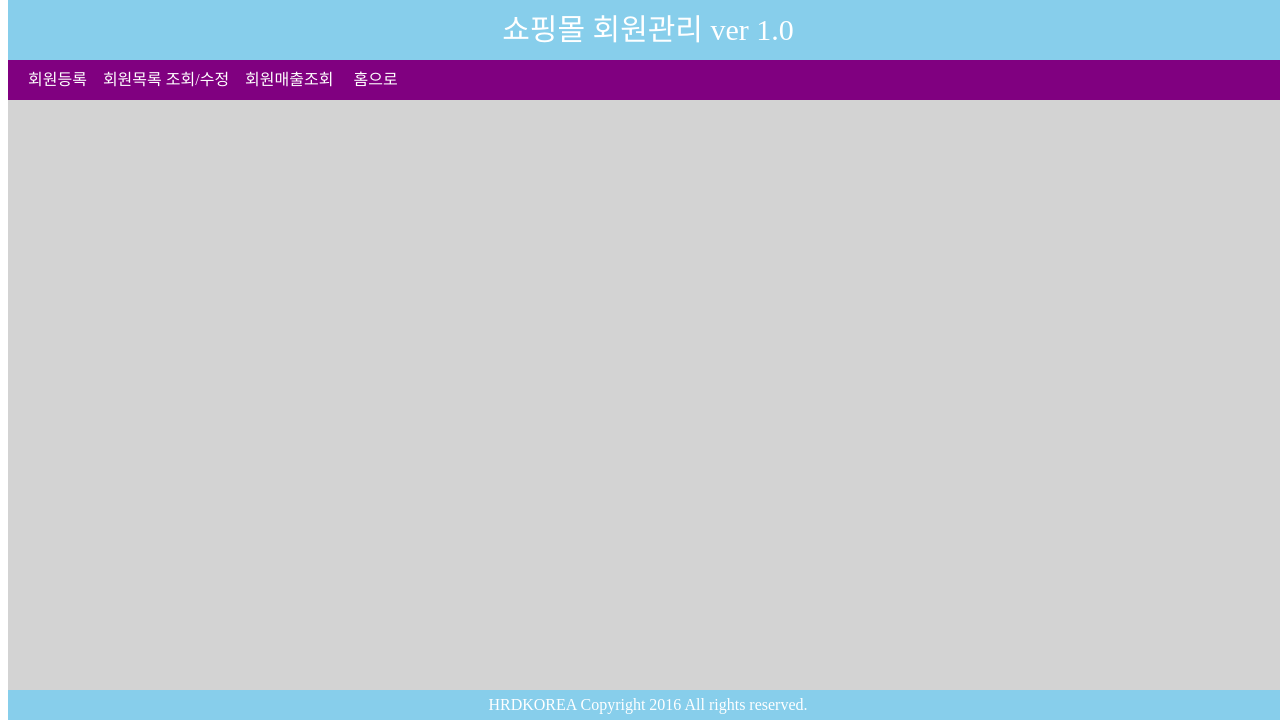
Repository: haileylee94/mini-project
Page: http://localhost/hrd/modify.jsp
The author's editor kept a copy of each file at every save. The page is drawn from the files as they stood at one save, then again after the next save.
The browser window is 1280 px wide. The pictures show the whole page.
The page is served by Tomcat 9. Other server files are loaded and not shown.

Above is the page before, as saved 2022-11-18 08:51:55.

### hrd/WebContent/modify.jsp
<%@ page language="java" contentType="text/html; charset=UTF-8"
    pageEncoding="UTF-8"%>
<!DOCTYPE html>
<html>
<head>
<meta charset="UTF-8">
<title>modify</title>
</head>
<body>
<jsp:include page="header.jsp"/>

<section style="position: fixed; background-color: lightgray; width: 100%; height: 100%; top: 100px">

</section>
<jsp:include page="footer.jsp"/>
</body>
</html>

### hrd/WebContent/header.jsp
<%@ page language="java" contentType="text/html; charset=UTF-8"
    pageEncoding="UTF-8"%>
<!DOCTYPE html>
<html>
<head>
<meta charset="UTF-8">
<title>header</title>
<style type="text/css">
	*{
		text-decoration: none;
	}

	header{
		position:fixed;
		top:0px;
		width:100%;
		height: 60px;
		background-color: skyblue;
		color: white;
		text-align: center;
		line-height: 60px;
		font-size: 30px;
	}
	nav{
		position: fixed;
		top: 60px;
		width: 100%;
		height: 40px;
		background-color: purple;
		line-height: 40px;
		padding-left: 20px;
		color: #fff;
	}

	a{
		color: #fff;
	}
</style>
</head>
<body>

	<header>
		쇼핑몰 회원관리 ver 1.0
	</header>

	<nav>
		<a href="join.jsp">회원등록</a> &nbsp;&nbsp;
		<a href="memberList.jsp">회원목록 조회/수정</a> &nbsp;&nbsp;
		<a href="incom.jsp">회원매출조회</a> &nbsp;&nbsp;&nbsp;
		<a href="index.jsp">홈으로</a>
	</nav>
</body>
</html>

### hrd/WebContent/footer.jsp
<%@ page language="java" contentType="text/html; charset=UTF-8"
    pageEncoding="UTF-8"%>
<!DOCTYPE html>
<html>
<head>
<meta charset="UTF-8">
<title>footer</title>
<style type="text/css">
	footer{
		position: fixed;
		bottom: 0px;
		background-color: skyblue;
		width: 100%;
		height: 30px;
		color: white;
		text-align: center;
		line-height: 30px;
	}
</style>
</head>
<body>

	<footer>
		HRDKOREA Copyright 2016 All rights reserved.
	</footer>
</body>
</html>

After the next save:
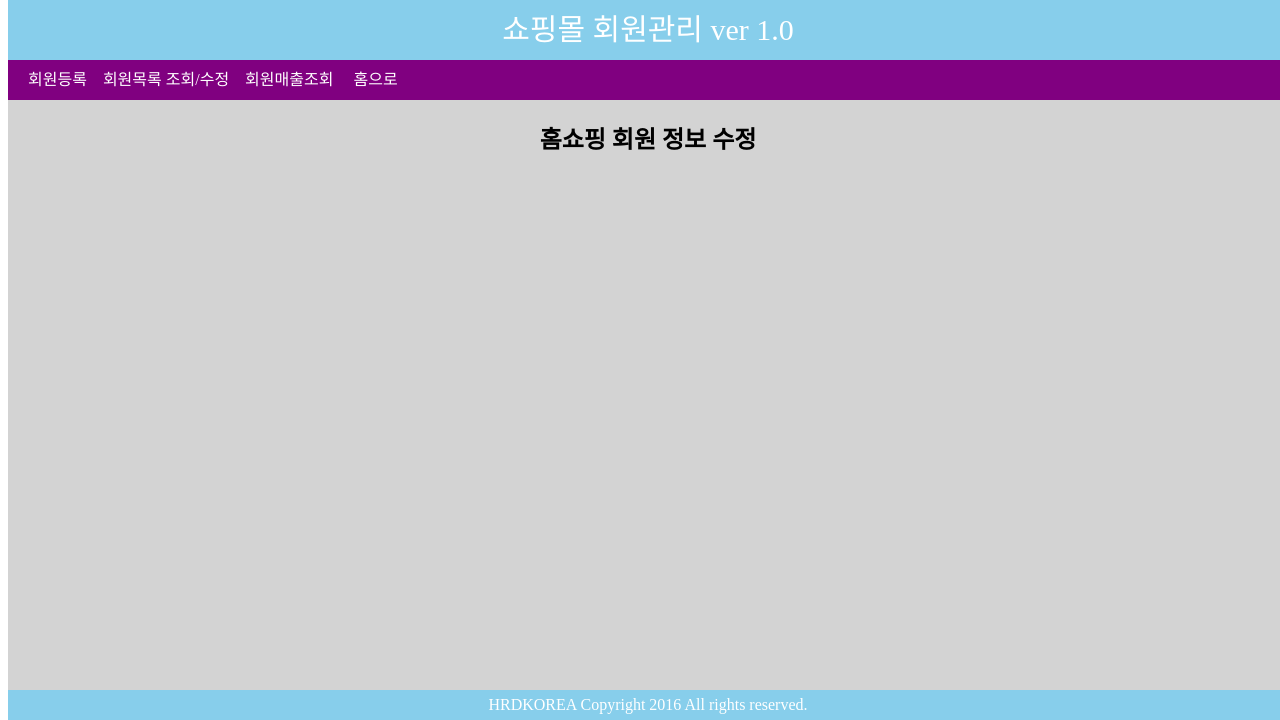
Saved 117 s later.
--- a/hrd/WebContent/modify.jsp
+++ b/hrd/WebContent/modify.jsp
@@ -10,6 +10,7 @@
 <jsp:include page="header.jsp"/>
 
 <section style="position: fixed; background-color: lightgray; width: 100%; height: 100%; top: 100px">
+	<h1 style="text-align: center"><b>홈쇼핑 회원 정보 수정</b><br></h1>
 
 </section>
 <jsp:include page="footer.jsp"/>
